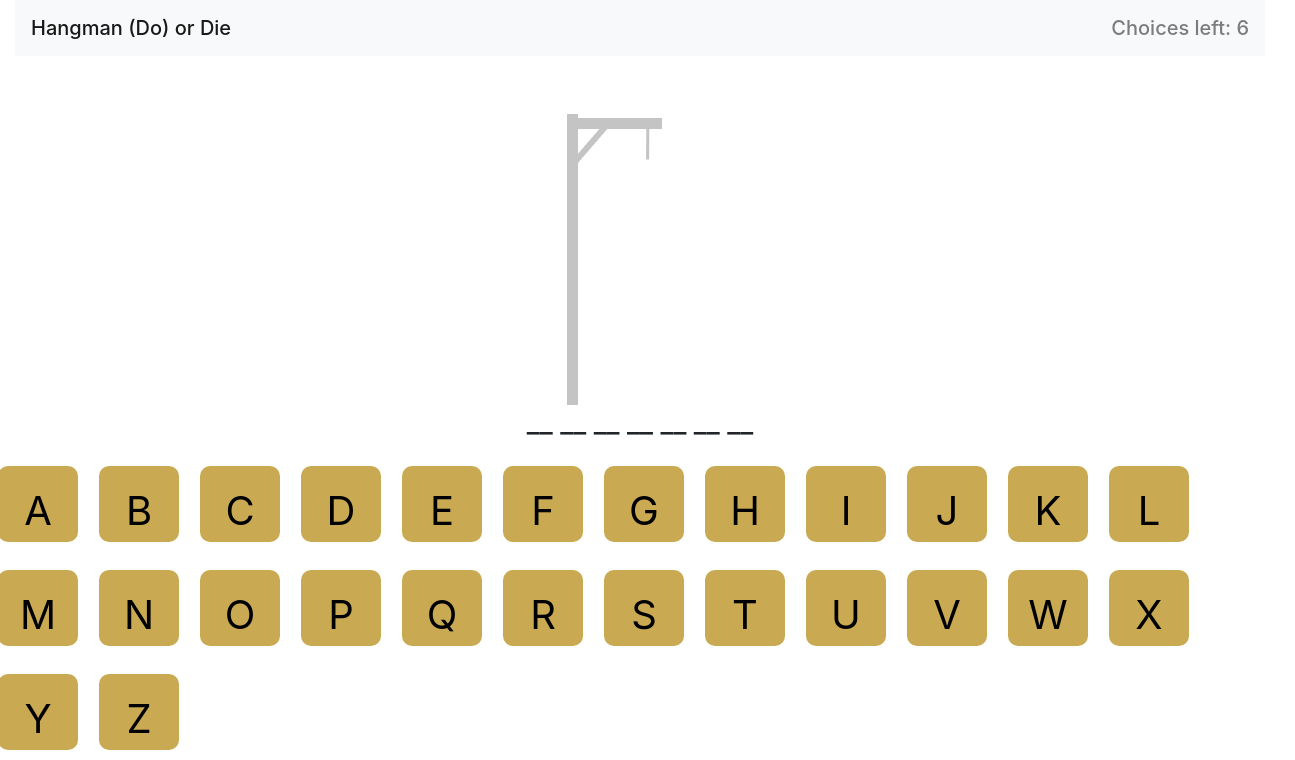
Repository: jatinhchanchlani/hangman
Page: /
An editor plug-in stored every save of this project. The page is shown before and after the next save, followed by the edit.
The browser window is 1280 px wide. The page is 1295 px wide, so the pictures cover 1295 px, including what lies to the right of the window. The pictures show the whole page.
The project was rebuilt for these pictures with package versions that can differ from the ones it lists, and the page was loaded fresh each time. Also part of the build but not shown: src/App.css, src/components/reset.jsx.

Above is the page before, as saved 2020-10-25 12:42:28.

### src/index.js
import React from 'react';
import ReactDOM from 'react-dom';
import './index.css';
import App from './App';
import * as serviceWorker from './serviceWorker';
import 'bootstrap/dist/css/bootstrap.css';

ReactDOM.render( <
  React.StrictMode >
  <
  App / >
  <
  /React.StrictMode>,
  document.getElementById('root')
);

// If you want your app to work offline and load faster, you can change
// unregister() to register() below. Note this comes with some pitfalls.
// Learn more about service workers: https://bit.ly/CRA-PWA
serviceWorker.unregister();

### src/App.js
import React from 'react';
import './App.css';
import Game from './components/game';

function App() {
  return ( <
    Game / >
  );
}

export default App;

### src/components/game.jsx
import React, { Component } from "react";
import Image from "./image";
import Header from "./header";
import Letters from "./letters";
import { getRandomCity } from "../model/cities";
import CityLetters from "./cityletters";
import Reset from "./reset";

const MAX_CHOICES = 6;

class Game extends Component {
  state = {
    maxChoices: MAX_CHOICES,
    choicesLeft: MAX_CHOICES,
    cityCharacters: getRandomCity(),
    letters: this.getAllLetters(),
  };

  render() {
    return (
      <div className="container-fluid">
        <Header choicesLeft={this.state.choicesLeft} />

        <div className="row d-flex justify-content-center">
          <Image
            choicesLeft={this.state.choicesLeft}
            maxChoices={this.state.maxChoices}
          />
        </div>

        <div className="row d-flex justify-content-center"></div>

        <div className="row d-flex justify-content-center">
          <CityLetters cityCharacters={this.state.cityCharacters} />
        </div>

        <div className="row d-flex justify-content-center">
          <Letters
            letters={this.state.letters}
            onClick={(letter) => this.handleLetterClicked(letter)}
          />
          <Reset
            cityCharacters={this.state.cityCharacters}
            onClick={() => this.handleReset()}
          />
        </div>
      </div>
    );
  }

  handleLetterClicked(letter) {
    if (letter.canClick) {
      const { cityCharacters, letters, choicesLeft } = this.state;
      cityCharacters
        .filter((c) => c.character.toUpperCase() === letter.value)
        .map((c) => (c.guessed = true));

      const letterMatch = cityCharacters.some(
        (c) => c.character.toUpperCase() === letter.value
      );

      const choices = letterMatch ? choicesLeft : choicesLeft - 1;

      const l = letters.indexOf(letter);
      letters[l].canClick = false;
      this.setState({
        choicesLeft: choices,
        letters: letters,
        cityCharacters: cityCharacters,
      });
    }
  }

  getAllLetters() {
    return Array(26)
      .fill()
      .map((_, index) => String.fromCharCode("A".charCodeAt(0) + index))
      .map((char) => ({ value: char, canClick: true }));
  }

  handleReset() {
    this.setState({
      maxChoices: MAX_CHOICES,
      choicesLeft: MAX_CHOICES,
      cityCharacters: getRandomCity(),
      letters: this.getAllLetters(),
    });
  }
}

export default Game;

### src/components/image.jsx
import React, { Component } from "react";

class Image extends Component {
  render() {
    const { choicesLeft, maxChoices } = this.props;
    const imagePath = maxChoices - choicesLeft + ".jpg";
    return <img src={require("../images/" + imagePath)} alt={imagePath} />;
  }
}

export default Image;

### src/components/header.jsx
import React, { Component } from "react";

class Header extends Component {
  render() {
    return (
      <nav className="navbar navbar-light bg-light d-flex flex-column flex-sm-row">
        <span className="navbar-brand mb-0 h1">Hangman (Do) or Die</span>
        <span className="mb-0 h5 navbar-text nav-item">
          Choices left: {this.props.choicesLeft}
        </span>
      </nav>
    );
  }
}

export default Header;

### src/components/letters.jsx
import React, { Component } from "react";
import "../css/letters.css";

class Letters extends Component {
  render() {
    const { letters } = this.props;
    return (
      <div className="row">
        {letters.map((letter) => (
          <button
            key={letter.value}
            className="letter-button"
            onClick={() => this.props.onClick(letter)}
          >
            {letter.value}
          </button>
        ))}
      </div>
    );
  }
}

export default Letters;

### src/model/cities.js
const MIN = 0;
const MAX = 24;

const cities = {
    0: "Mumbai",
    1: "New Delhi",
    2: "Chennai",
    3: "Hyderabad",
    4: "Bengaluru",
    5: "Ahmedabad",
    6: "Jaipur",
    7: "Kolkata",
    8: "Lucknow",
    9: "Bhopal",
    10: "Chandigarh",
    11: "Patna",
    12: "Jabalpur",
    13: "Pune",
    14: "Surat",
    15: "Indore",
    16: "Kanpur",
    17: "Visakhapatnam",
    18: "Agra",
    19: "Varanasi",
    20: "Amritsar",
    21: "Udaipur",
    22: "Noida",
    23: "Ludhiana",
    24: "Gwalior",
}

// Returns a random number between min and max. Min and max are both inclusive
export function getRandomIntInclusive(min, max) {
    min = Math.ceil(min);
    max = Math.floor(max);
    return Math.floor(Math.random() * (max - min + 1) + min);
}

export function getRandomCity() {
    const city = cities[getRandomIntInclusive(MIN, MAX)];
    return [...city].map(c => ({
        character: c,
        guessed: false
    }));
}

### src/components/cityletters.jsx
import React, { Component } from "react";

class CityLetters extends Component {
  render() {
    const { cityCharacters } = this.props;
    console.log(cityCharacters);
    return (
      <React.Fragment>
        <br />
        <h3>{cityCharacters.map((c) => this.getCharacter(c))}</h3>
      </React.Fragment>
    );
  }

  getCharacter(cityCharacter) {
    const emptySpace = "        ";
    if (cityCharacter.character === " ") {
      return emptySpace;
    } else {
      if (cityCharacter.guessed) {
        return cityCharacter.character.toUpperCase() + emptySpace;
      } else {
        return "__" + emptySpace;
      }
    }
  }
}

export default CityLetters;

### src/css/letters.css
.letter-button {
    border: none;
    font-family: inherit;
    font-size: 2.5rem;
    cursor: pointer;
    width: 5rem;
    margin: 18px 8px 10px 13px;
    letter-spacing: 0;
    outline: none;
    background: #c9aa53;
    color: #000;
    border-radius: 10px;
    padding-top: 15px;
}

Loaded but not shown: public/index.html (common file); src/index.css (common file); src/serviceWorker.js (common file)

After the next save:
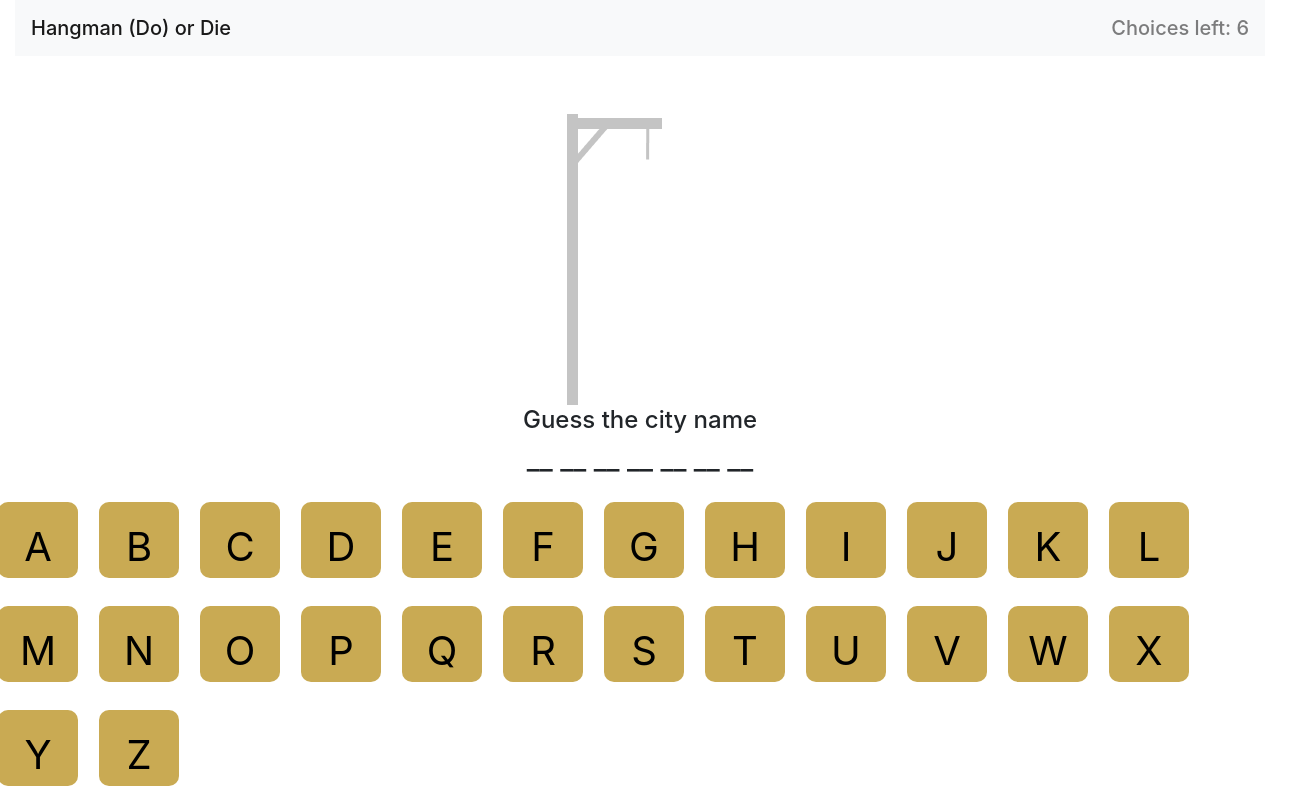
Saved 16 s later.
--- a/src/components/game.jsx
+++ b/src/components/game.jsx
@@ -28,7 +28,9 @@
           />
         </div>
 
-        <div className="row d-flex justify-content-center"></div>
+        <div className="row d-flex justify-content-center">
+          <h4>Guess the city name </h4>
+        </div>
 
         <div className="row d-flex justify-content-center">
           <CityLetters cityCharacters={this.state.cityCharacters} />

After the save that followed:
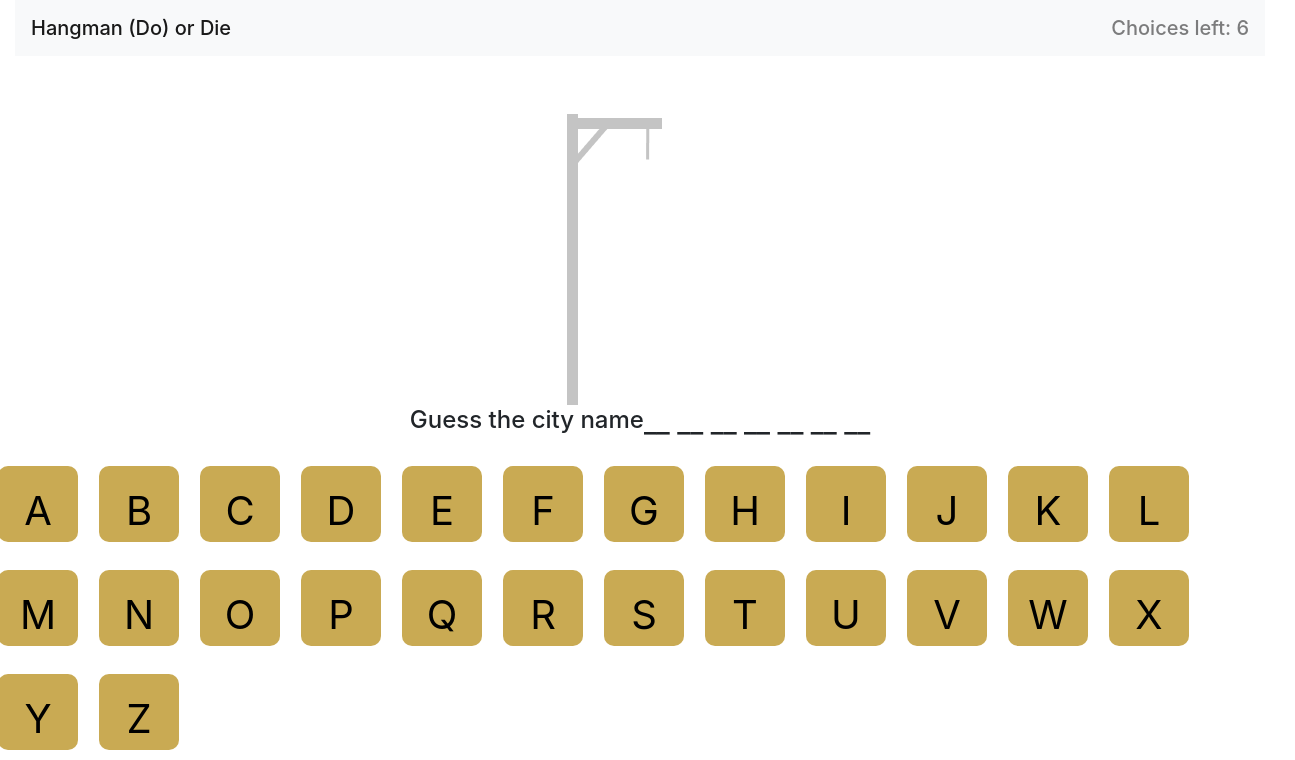
Saved 8 s later.
--- a/src/components/game.jsx
+++ b/src/components/game.jsx
@@ -28,11 +28,10 @@
           />
         </div>
 
+        <div className="row d-flex justify-content-center"></div>
+
         <div className="row d-flex justify-content-center">
           <h4>Guess the city name </h4>
-        </div>
-
-        <div className="row d-flex justify-content-center">
           <CityLetters cityCharacters={this.state.cityCharacters} />
         </div>
 
